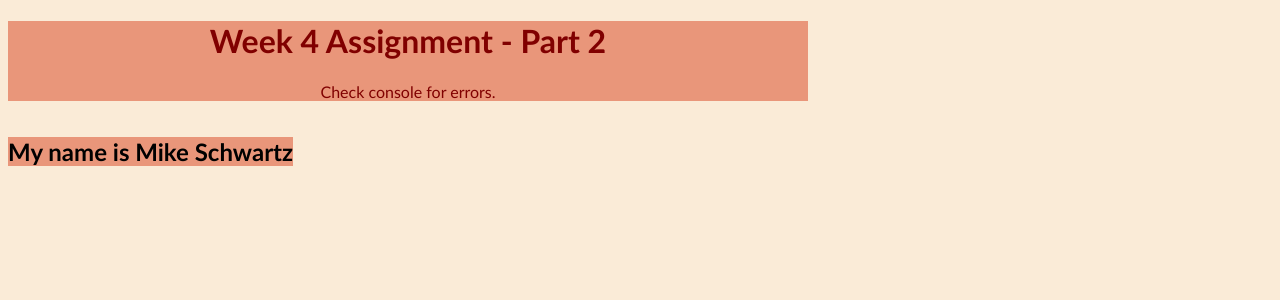
Repository: Ellusionism/prime-pw-week-4-assignment-part-2
Page: assignment/index.html
An editor plug-in stored every save of this project. The page is shown before and after the next save, followed by the edit.
The browser window is 1280 px wide. The pictures show the whole page.

Above is the page before, as saved 2022-11-16 17:57:00.

### assignment/index.html
<!DOCTYPE html>
<meta name="viewport" content="width=device-width">
<html lang="en-US">
  <head>
    <meta charset="utf-8">
    <title>Week 4 Assignment</title>
    <link rel="stylesheet" href="stylesheet.css">
    <!-- Create and CSS file -->
  </head>
  <body>
    <header class="homepageHeader">
      <h1>Week 4 Assignment - Part 2</h1>
      <p>Check console for errors.</p>
  </header>
  <div>
    <h2 class="info"> My name is Mike Schwartz </h2>
  </div>
  </body>
</html>

### assignment/stylesheet.css
body {
 font-family:'Trebuchet MS', 'Lucida Sans Unicode', 'Lucida Grande', 'Lucida Sans', Arial, sans-serif;
 background-color:antiquewhite;
}

.homepageHeader {
 background-color:darksalmon;
 text-align: center;
 width: 50rem;
 color: maroon;
}

.info {
 background-color:darksalmon;
 padding: auto;
 display: inline-flex;
}

After the next save:
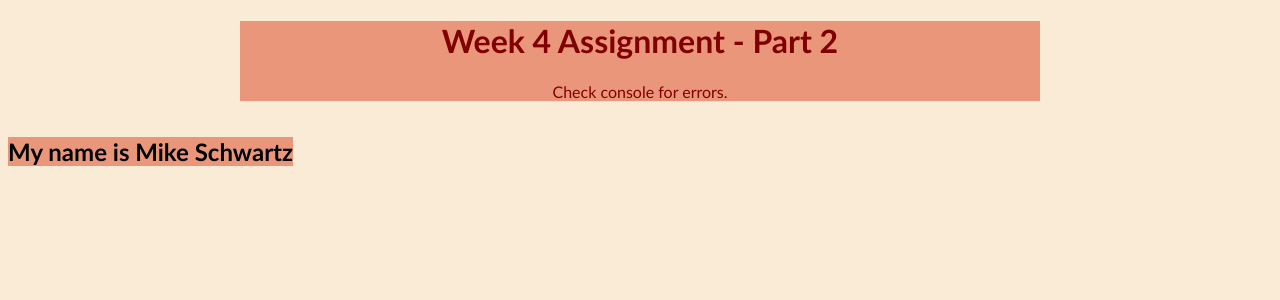
Saved 41 s later.
--- a/assignment/stylesheet.css
+++ b/assignment/stylesheet.css
@@ -7,6 +7,8 @@ body {
  background-color:darksalmon;
  text-align: center;
  width: 50rem;
+ display: block;
+ margin: auto;
  color: maroon;
 }
 
